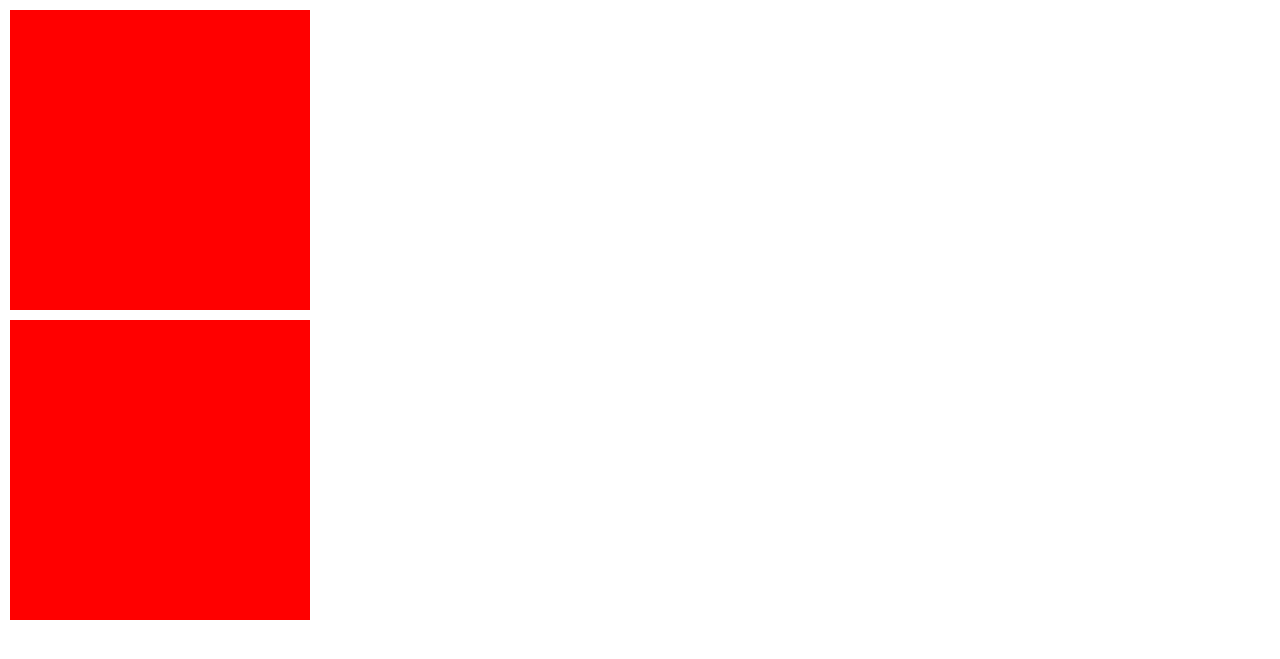
Repository: danilodscosta/CursoHTML
Page: aula1/aulascss.html
These files come from the project's save history. The page is drawn as it stood at one moment and after the next save; the edit follows.
The browser window is 1280 px wide. The pictures show the whole page.

Above is the page before, as saved 2024-01-11 15:23:45.

### aula1/aulascss.html
<!DOCTYPE html>
<html lang="pt-BR">

<head>
    <meta charset="utf-8">
    <meta name="viewport" content="width=device-width, inital-scale=1.0">
    <title>Aulas CSS</title>
    <link rel="stylesheet" href="assets/css/aulasstyle.css">
</head>



<body>
    <div class="pai">
        <div class="filha1"></div>
        <div class="filha2"></div>
    </div>
</body>
</html>

### aula1/assets/css/aulasstyle.css
/*
ID Classes, atributos e pseudo-classes  Elementos e pseudo-elementos
*/

* {
    margin: 0;
}

.pai {}

.filha1, .filha2 {
    width: 300px;
    height: 300px;
    background: red;
    margin: 10px;
    position: static;
}

After the next save:
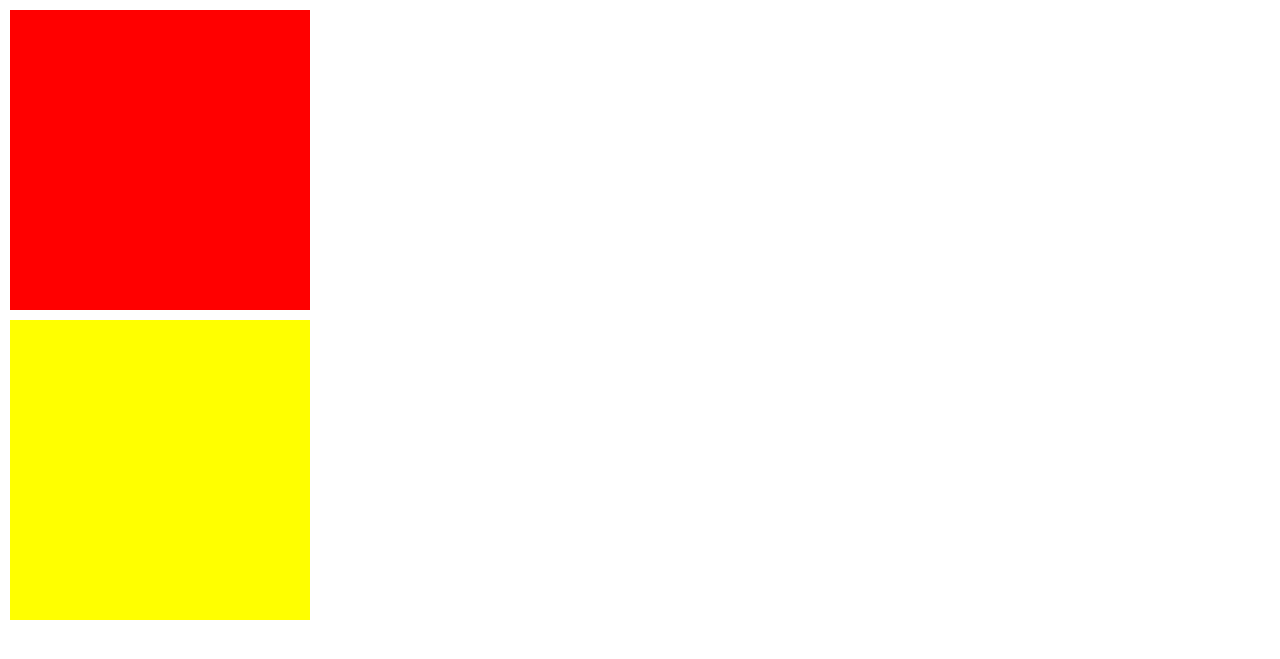
Saved 13 s later.
--- a/aula1/assets/css/aulasstyle.css
+++ b/aula1/assets/css/aulasstyle.css
@@ -15,3 +15,7 @@ ID Classes, atributos e pseudo-classes  Elementos e pseudo-elementos
     margin: 10px;
     position: static;
 }
+
+.filha2 {
+    background-color: yellow;
+}
